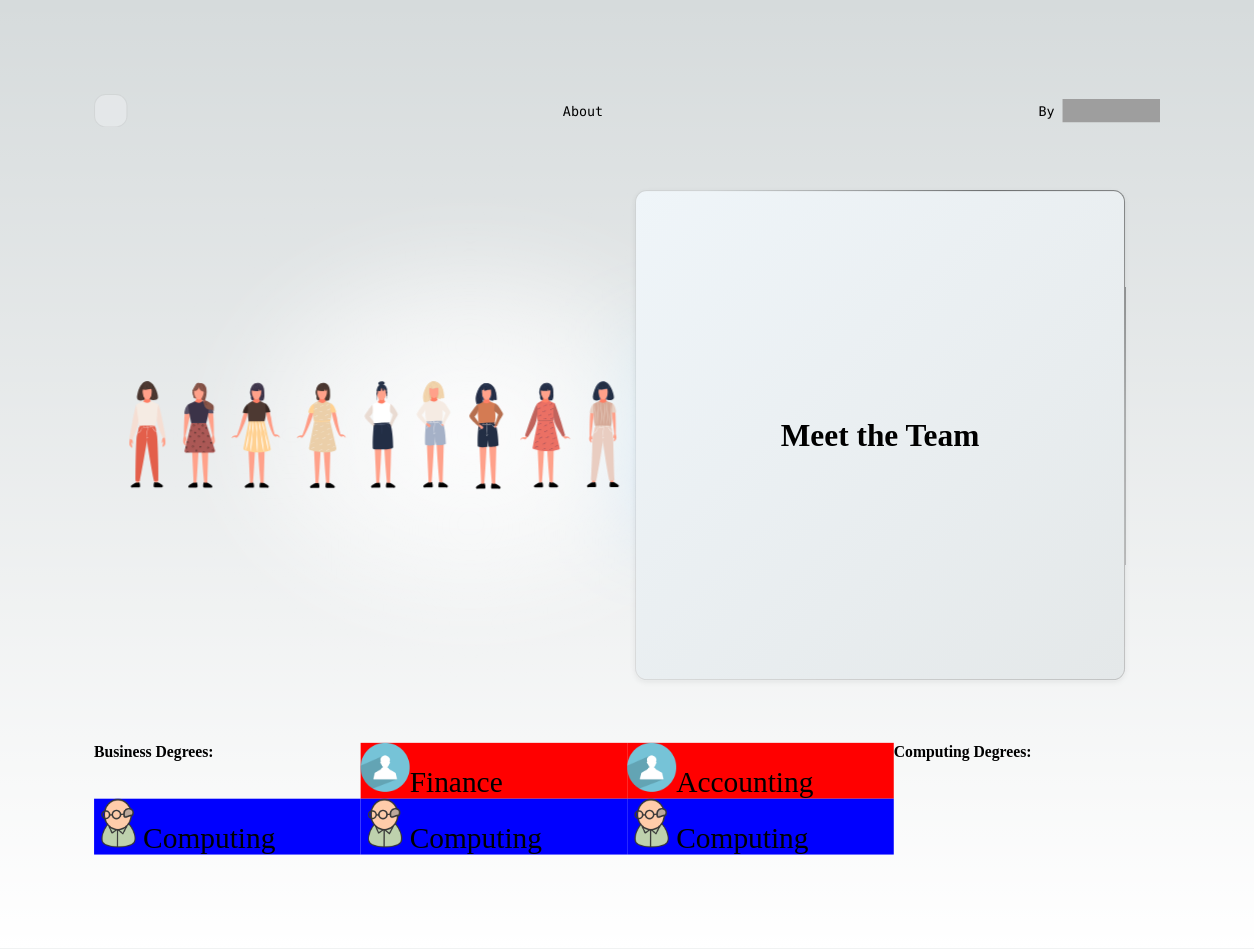
Repository: bguemos/week3example
Page: /
These files come from the project's save history. The page is drawn as it stood at one moment and after the next save; the edit follows.
The browser window is 1280 px wide. The pictures show the whole page, at 98% of full size.
Pictures or frames that could not be fetched are drawn as grey boxes. The project was rebuilt for these pictures with package versions that can differ from the ones it lists, and the page was loaded fresh each time. The framework's server and built-in components were replaced by stand-ins that run in the browser. Also part of the build but not shown: next.config.js.

Above is the page before, as saved 2023-01-18 12:10:47.

### pages/index.js
import Head from 'next/head'
import Image from 'next/image'
import { Inter } from '@next/font/google'
import styles from '@/styles/Home.module.css'
import data from '../data/education.json'
import { useState } from 'react'
import Card from '../components/Card'
import Link from 'next/link'

const inter = Inter({ subsets: ['latin'] })

export default function Home() {
    const [information, setInformation] = useState([...data])
     console.log(data);
  return (
    <>
      <Head>
        <title>The Office</title>
        <meta name="description" content="Generated by create next app" />
        <meta name="viewport" content="width=device-width, initial-scale=1" />
        <link rel="icon" href="/favicon.ico" />
      </Head>
      <main className={styles.main}>
        <div className={styles.description}>
          <p>

            <code className={styles.code}></code>
          </p>
          <Link href="About">About</Link>
          <div>
            <a
              href="https://vercel.com?utm_source=create-next-app&utm_medium=default-template&utm_campaign=create-next-app"
              target="_blank"
              rel="noopener noreferrer"
            >
              By{' '}
              <Image
                src="/vercel.svg"
                alt="Vercel Logo"
                className={styles.vercelLogo}
                width={100}
                height={24}
                priority
              />
            </a>
          </div>
        </div>

        <div className={styles.center}>
          <Image
            className={styles.logo}
            src="/women.svg"
            alt="womanLogo"
            width={500}
            height={500}
            priority
          />
          <div className={styles.thirteen}>
            <h1> Meet the Team </h1>
          </div>
        </div>

        <div className={styles.grid}>
          <b> Business Degrees: </b>
          {information && information.map((info, index) => {
            if(info.department === "Business"){
              return(
                <Card key={index} degree={info.degree} colour="red" font="30px"/>
              )
            }
           })}
           <b> Computing Degrees:</b>
           {information && information.map((info, index) => {
            if(info.department === "Computing"){
              return(
              <Card key={index} degree={info.department} colour="blue" font="30px"/>
              )
            }
            })}
        </div>
      </main>
    </>
  )
}

### styles/Home.module.css
.main {
  display: flex;
  flex-direction: column;
  justify-content: space-between;
  align-items: center;
  padding: 6rem;
  min-height: 100vh;
}

.description {
  display: inherit;
  justify-content: inherit;
  align-items: inherit;
  font-size: 0.85rem;
  max-width: var(--max-width);
  width: 100%;
  z-index: 2;
  font-family: var(--font-mono);
}

.description a {
  display: flex;
  justify-content: center;
  align-items: center;
  gap: 0.5rem;
}

.description p {
  position: relative;
  margin: 0;
  padding: 1rem;
  background-color: rgba(var(--callout-rgb), 0.5);
  border: 1px solid rgba(var(--callout-border-rgb), 0.3);
  border-radius: var(--border-radius);
}

.code {
  font-weight: 700;
  font-family: var(--font-mono);
}

.grid {
  display: grid;
  grid-template-columns: repeat(4, minmax(25%, auto));
  width: var(--max-width);
  max-width: 100%;
}

.card {
  padding: 1rem 1.2rem;
  border-radius: var(--border-radius);
  background: rgba(var(--card-rgb), 0);
  border: 1px solid rgba(var(--card-border-rgb), 0);
  transition: background 200ms, border 200ms;
}

.card span {
  display: inline-block;
  transition: transform 200ms;
}

.card h2 {
  font-weight: 600;
  margin-bottom: 0.7rem;
}

.card p {
  margin: 0;
  opacity: 0.6;
  font-size: 0.9rem;
  line-height: 1.5;
  max-width: 30ch;
}

.center {
  display: flex;
  justify-content: center;
  align-items: center;
  position: relative;
  padding: 4rem 0;
}

.center::before {
  background: var(--secondary-glow);
  border-radius: 50%;
  width: 480px;
  height: 360px;
  margin-left: -400px;
}

.center::after {
  background: var(--primary-glow);
  width: 240px;
  height: 180px;
  z-index: -1;
}

.center::before,
.center::after {
  content: '';
  left: 50%;
  position: absolute;
  filter: blur(45px);
  transform: translateZ(0);
}

.logo,
.thirteen {
  position: relative;

}

.thirteen {
  display: flex;
  justify-content: center;
  align-items: center;
  width: 500px;
  height: 500px;
  padding: 25px 10px;
  margin-left: 16px;
  transform: translateZ(0);
  border-radius: var(--border-radius);
  overflow: hidden;
  box-shadow: 0px 2px 8px -1px #0000001a;
}

.thirteen::before,
.thirteen::after {
  content: '';
  position: absolute;
  z-index: -1;
}

/* Conic Gradient Animation */
.thirteen::before {
  animation: 6s rotate linear infinite;
  width: 200%;
  height: 200%;
  background: var(--tile-border);
}

/* Inner Square */
.thirteen::after {
  inset: 0;
  padding: 1px;
  border-radius: var(--border-radius);
  background: linear-gradient(
    to bottom right,
    rgba(var(--tile-start-rgb), 1),
    rgba(var(--tile-end-rgb), 1)
  );
  background-clip: content-box;
}

/* Enable hover only on non-touch devices */
@media (hover: hover) and (pointer: fine) {
  .card:hover {
    background: rgba(var(--card-rgb), 0.1);
    border: 1px solid rgba(var(--card-border-rgb), 0.15);
  }

  .card:hover span {
    transform: translateX(4px);
  }
}

@media (prefers-reduced-motion) {
  .thirteen::before {
    animation: none;
  }

  .card:hover span {
    transform: none;
  }
}

/* Mobile */
@media (max-width: 700px) {
  .content {
    padding: 4rem;
  }

  .grid {
    grid-template-columns: 1fr;
    margin-bottom: 120px;
    max-width: 320px;
    text-align: center;
  }

  .card {
    padding: 1rem 2.5rem;
  }

  .card h2 {
    margin-bottom: 0.5rem;
  }

  .center {
    padding: 8rem 0 6rem;
  }

  .center::before {
    transform: none;
    height: 300px;
  }

  .description {
    font-size: 0.8rem;
  }

  .description a {
    padding: 1rem;
  }

  .description p,
  .description div {
    display: flex;
    justify-content: center;
    position: fixed;
    width: 100%;
  }

  .description p {
    align-items: center;
    inset: 0 0 auto;
    padding: 2rem 1rem 1.4rem;
    border-radius: 0;
    border: none;
    border-bottom: 1px solid rgba(var(--callout-border-rgb), 0.25);
    background: linear-gradient(
      to bottom,
      rgba(var(--background-start-rgb), 1),
      rgba(var(--callout-rgb), 0.5)
    );
    background-clip: padding-box;
    backdrop-filter: blur(24px);
  }

  .description div {
    align-items: flex-end;
    pointer-events: none;
    inset: auto 0 0;
    padding: 2rem;
    height: 200px;
    background: linear-gradient(
      to bottom,
      transparent 0%,
      rgb(var(--background-end-rgb)) 40%
    );
    z-index: 1;
  }
}

/* Tablet and Smaller Desktop */
@media (min-width: 701px) and (max-width: 1120px) {
  .grid {
    grid-template-columns: repeat(2, 50%);
  }
}

@media (prefers-color-scheme: dark) {
  .vercelLogo {
    filter: invert(1);
  }

  .logo,
  .thirteen img {
    filter: invert(1) drop-shadow(0 0 0.3rem #ffffff70);
  }
}

@keyframes rotate {
  from {
    transform: rotate(360deg);
  }
  to {
    transform: rotate(0deg);
  }
}

### data/education.json
[
        {
            "studentNumber": "A0004567",
            "firstName": "Person 1",
            "gpa": 3.8,
            "department": "Business",
            "degree": "Finance",
            "graduted": 2014
        },
        {
            "studentNumber": "A0001234",
            "firstName": "Person 2",
            "gpa": 3.5,
            "department": "Business",
            "degree": "Accounting",
            "graduted": 2010
        },
        {
            "studentNumber": "A0007890",
            "firstName": "Person 3",
            "gpa": 3.2,
            "department": "Computing",
            "degree": "Applied Software Development Certificate",
            "graduted": 2018
        },
        {
            "studentNumber": "A0007828",
            "firstName": "Person 4",
            "gpa": 3.9,
            "department": "Computing",
            "degree": "Computer Systems Diploma",
            "graduted": 2021
        },
        {
            "studentNumber": "A0003425",
            "firstName": "Person 5",
            "gpa": 3.2,
            "department": "Computing",
            "degree": "Applied Computer Information Systems Certificate",
            "graduted": 2021
        }
]

### components/Card/index.js
export default function Card({
    degree= "none",
    colour= "purple",
    font = "0",
    image = "icon/personTwo.png"
}) {
    return(
        <div style={{backgroundColor: colour, fontSize:font}}>
         {
            colour === "red" ? <img src={'icon/person.png'} width="50"/> :
            colour === "blue" ? <img src={'icon/personThree.png'} width="50"/>:
                                <img src={image} width="50" />
         }
         {degree}
        </div>
    )
}

Loaded but not shown: pages/_app.js (common file); pages/_document.js (common file); styles/globals.css (common file)

After the next save:
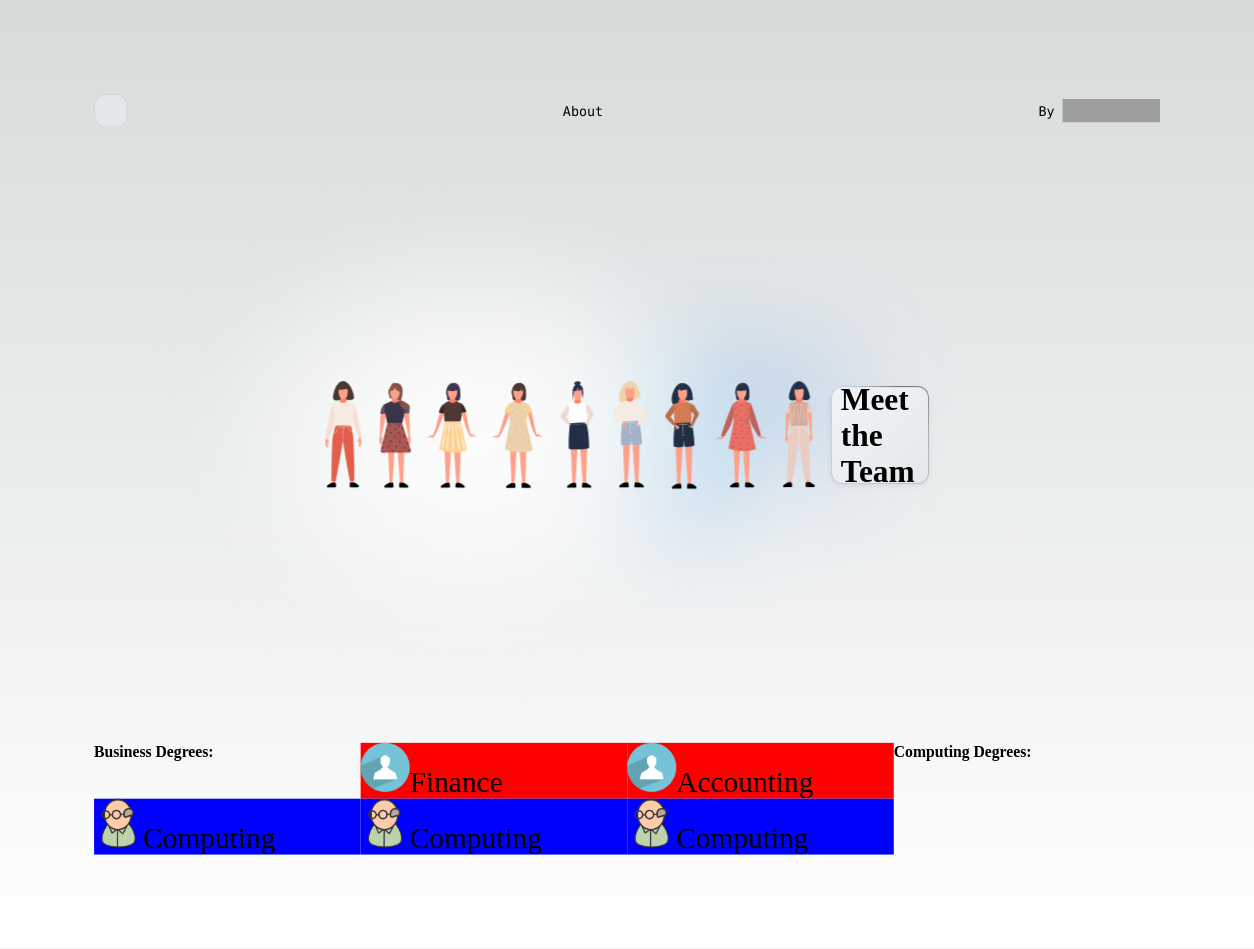
Saved 14 s later.
--- a/styles/Home.module.css
+++ b/styles/Home.module.css
@@ -114,8 +114,8 @@
   display: flex;
   justify-content: center;
   align-items: center;
-  width: 500px;
-  height: 500px;
+  width: 100px;
+  height: 100px;
   padding: 25px 10px;
   margin-left: 16px;
   transform: translateZ(0);
